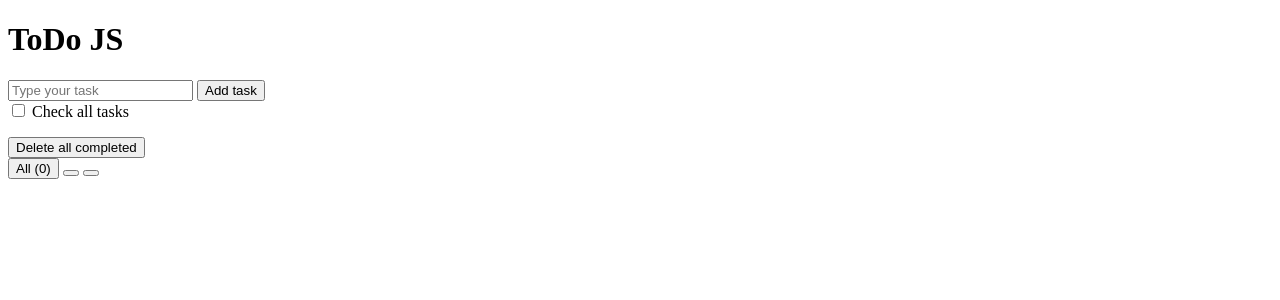
Repository: mklyagin/klyagin_todojs
Page: index.html
An editor plug-in stored every save of this project. The page is shown before and after the next save, followed by the edit.
The browser window is 1280 px wide. The pictures show the whole page.

Above is the page before, as saved 2024-02-26 09:48:30.

### index.html
<!DOCTYPE html>
<html lang="en">
  <head>
    <meta charset="UTF-8">
    <meta name="viewport" content="width=device-width, initial-scale=1.0">
    <title>ToDo JS</title>
    <link rel="stylesheet" href="./style.css">
  </head>
  <body>
    <h1>ToDo JS</h1>
    <input id="enter-task-input" placeholder="Type your task">
    <button type="button" id="add-task-button">Add task</button>
    <div>
      <input type="checkbox" id="check-all-checkbox">
      <span>Check all tasks</span>
    </div>
    <ul id="task-list"></ul>
    <button type="button" id="delete-all-completed-button">
      Delete all completed
    </button>
    <div id="tabulation">
      <button id="show-all">All (0)</button>
      <button id="show-active"></button>
      <button id="show-completed"></button>
    </div>
    <script src="./script.js"></script>
  </body>
</html>

### style.css

.hidden-element {
  display: none;
}

### script.js
const buttonTaskAdd = document.querySelector('#add-task-button');
const inputTask = document.querySelector('#enter-task-input');
const ulTask = document.querySelector('#task-list');
const checkAllCheckbox = document.querySelector('#check-all-checkbox');
const deleteAllCompletedButton = document.querySelector('#delete-all-completed-button');
const tabulationDiv = document.querySelector('#tabulation');

const ENTER_KEY = 'Enter';
const ESCAPE_KEY = 'Escape';

let taskList = [];
let filterType = 'all';
const filterCounter = 0;

const checkAllTaskStates = () => {
  checkAllCheckbox.checked = taskList.length > 0
    ? (taskList.every((task) => task.isDone))
    : false;
};

const taskFilter = () => {
  switch (filterType) {
    case ('all'):
      break;
    case ('active'):
      break;
    case ('completed'):
      break;
    default:
      break;
  }
};

const taskRender = () => {
  let listOfTasks = '';
  taskList.forEach((task) => {
    listOfTasks
    += `<li id=${task.id}>
    <input type="checkbox" class="check-task">
    <span class="task-title">${task.title}</span>
    <input class="edit-task" id=${task.id} value=${task.title} hidden>
    <button type="button" class="delete-task">X</button>
    </li>`;
  });
  ulTask.innerHTML = listOfTasks;
  checkAllTaskStates();
  tabulationDiv.children[0].innerHTML = `All (${taskList.length})`;
};

const addTask = () => {
  const task = {
    id: Date.now(),
    title: inputTask.value,
    isDone: false,
  };

  taskList.push(task);
  inputTask.value = '';
  taskRender();
};

const editVisibilityToggle = (target) => {
  target.hidden = !target.hidden;
  if (target.className === 'task-title') {
    target.nextElementSibling.hidden = !target.nextElementSibling.hidden;
  } else {
    target.previousElementSibling.hidden = !target.previousElementSibling.hidden;
  }
};

const editMode = (event) => {
  if (event.key === ESCAPE_KEY) {
    taskRender();
  } else if (event.key === ENTER_KEY || (event.type === 'blur' && event.sourceCapabilities !== null)) {
    editVisibilityToggle(event.target.previousElementSibling);
    taskList.forEach((task) => {
      if (task.id === Number(event.target.id)) {
        task.title = event.target.value;
      }
    });
    taskRender();
  }
};

const eventUlHandlerListener = (event) => {
  const eventTaskID = Number(event.target.parentNode.id);
  switch (event.target.className) {
    case 'check-task':
      taskList.forEach((task) => {
        if (task.id === eventTaskID) {
          task.isDone = event.target.checked;
        }
        checkAllTaskStates();
      });
      break;
    case ('delete-task'):
      taskList = taskList.filter((task) => task.id !== eventTaskID);
      taskRender();
      break;
    default:
      break;
  }
};

const editTaskListener = (event) => {
  if (event.target.className === 'task-title') {
    editVisibilityToggle(event.target);
    event.target.nextElementSibling.addEventListener('blur', editMode);
    event.target.nextElementSibling.addEventListener('keydown', editMode);
  }
};

const inputTaskListener = (event) => {
  if (event.key === ENTER_KEY) {
    addTask();
    inputTask.blur();
  }
};

const deleteCompleted = () => {
  taskList = taskList.filter((task) => !task.isDone);
  taskRender();
};

const checkAll = () => {
  taskList.forEach((task) => {
    task.isDone = checkAllCheckbox.checked;
    Array.from(ulTask.children).forEach((li) => {
      li.children[0].checked = checkAllCheckbox.checked;
    });
  });
};

const tabulationListener = (event) => {
  switch (event.target.id) {
    case ('show-all'):
      filterType = 'all';

      break;
    case ('show-active'):
      filterType = 'active';

      break;
    case ('show-completed'):
      filterType = 'completed';

      break;
    default:
      break;
  }
};

ulTask.addEventListener('click', eventUlHandlerListener);
ulTask.addEventListener('dblclick', editTaskListener);
buttonTaskAdd.addEventListener('click', addTask);
inputTask.addEventListener('keydown', inputTaskListener);
deleteAllCompletedButton.addEventListener('click', deleteCompleted);
checkAllCheckbox.addEventListener('click', checkAll);
tabulationDiv.addEventListener('click', tabulationListener);

After the next save:
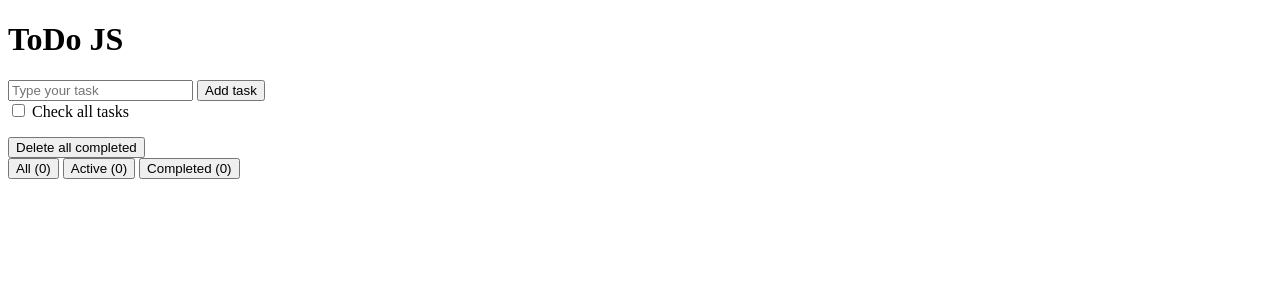
Saved 60 s later.
--- a/index.html
+++ b/index.html
@@ -20,8 +20,8 @@
     </button>
     <div id="tabulation">
       <button id="show-all">All (0)</button>
-      <button id="show-active"></button>
-      <button id="show-completed"></button>
+      <button id="show-active">Active (0)</button>
+      <button id="show-completed">Completed (0)</button>
     </div>
     <script src="./script.js"></script>
   </body>
